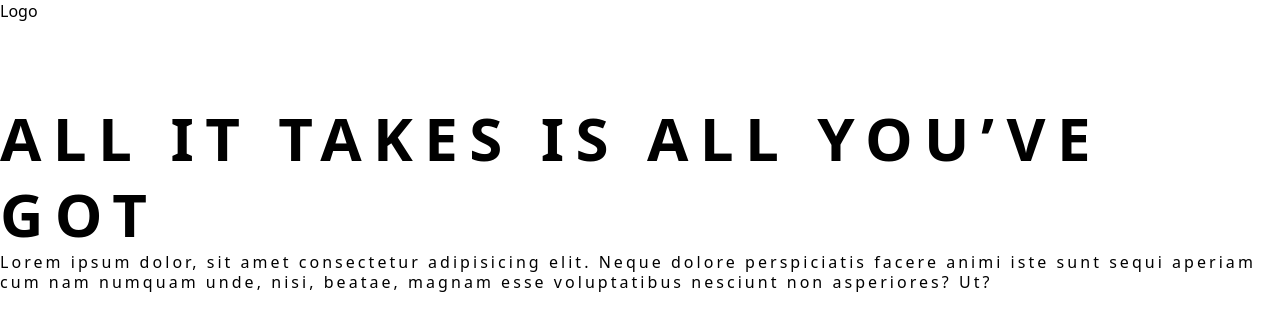
Repository: Thtsuman/dfc-site-v1
Page: /
The author's editor kept a copy of each file at every save. The page is drawn from the files as they stood at one save, then again after a run of saves.
The browser window is 1280 px wide. The pictures show the whole page.
The project was rebuilt for these pictures with package versions that can differ from the ones it lists, and the page was loaded fresh each time.

Above is the page before, as saved 2022-07-29 22:48:02.

### src/index.js
import React from 'react'
import ReactDOM from 'react-dom'
import App from './app'

ReactDOM.render(<App/>, document.getElementById('root'))

### src/app.js
import Logo from 'ui_kits/atoms/Logo/Logo'
import React from 'react'
import 'styles/global.styles.scss'
import Typography from 'ui_kits/atoms/Typography/Typography'

const app = () => {
    return (
        <div>
            <Logo />
            <Typography type='big_heading'>ALL IT TAKES IS ALL YOU’VE GOT</Typography>
            <Typography type='body1'>
                Lorem ipsum dolor, sit amet consectetur adipisicing elit. Neque dolore perspiciatis facere animi iste sunt sequi aperiam cum nam numquam unde, nisi, beatae, magnam esse voluptatibus nesciunt non asperiores? Ut?
            </Typography>
        </div>
    )
}

export default app

### src/ui_kits/atoms/Logo/Logo.jsx
import React from 'react'
import './Logo.styles.scss'

const Logo = () => {
  return (
    <div className='logo_wrapper'>Logo</div>
  )
}

export default Logo

### src/styles/global.styles.scss
@import url("https://fonts.googleapis.com/css2?family=Noto+Sans&display=swap");

html,
body {
  padding: 0;
  margin: 0;
  font-family: 'Noto Sans', -apple-system, BlinkMacSystemFont, Segoe UI, Roboto, Oxygen, Ubuntu, Cantarell, Fira Sans,
    Droid Sans, Helvetica Neue, sans-serif;
  overflow: overlay !important;

}

a {
  color: inherit;
  text-decoration: none;
}

* {
  box-sizing: border-box;
  --primary-color: #E6E96B;
}

### src/ui_kits/atoms/Typography/Typography.jsx
import React from 'react'
import './Typography.styles.scss'

const Typography = ({
    type = 'body1',
    color = 'primary',
    children
}) => {
  return (
    <div className={`typography typography__${type}`}>
        <span className={`typography__${color}`}>
            {children}
        </span>
    </div>
  )
}

export default Typography

### src/ui_kits/atoms/Logo/Logo.styles.scss
.logo_wrapper {
    height: 100px;
    width: 100px;
}

### src/ui_kits/atoms/Typography/Typography.styles.scss
.typography {

    // color
    & .black {
        color: black;
    }
    & .white {
        color: white;
    }
    & .primary {
        color: var(--primary-color);
    }


    // font styles
    &__big_heading {
        font-style: normal;
        font-weight: 900;
        font-size: 60px;
        line-height: 76px;
        letter-spacing: 0.19em;
    }

    &__sub_heading {
        font-style: normal;
        font-weight: 900;
        font-size: 34px;
        line-height: 43px;
        text-align: center;
    }

    &__body1 {
        font-style: normal;
        font-weight: 500;
        font-size: 16px;
        line-height: 20px;
        letter-spacing: 0.19em;
    }

    &__btn_text {
        font-style: normal;
        font-weight: 900;
        font-size: 14px;
        line-height: 18px;
        letter-spacing: 0.19em;
        text-transform: uppercase;
    }

    &__nav_item {
        font-style: normal;
        font-weight: 900;
        font-size: 20px;
        line-height: 27px;
        text-transform: uppercase;
    }
}

Loaded but not shown: public/index.html (common file)

After the next 2 saves:
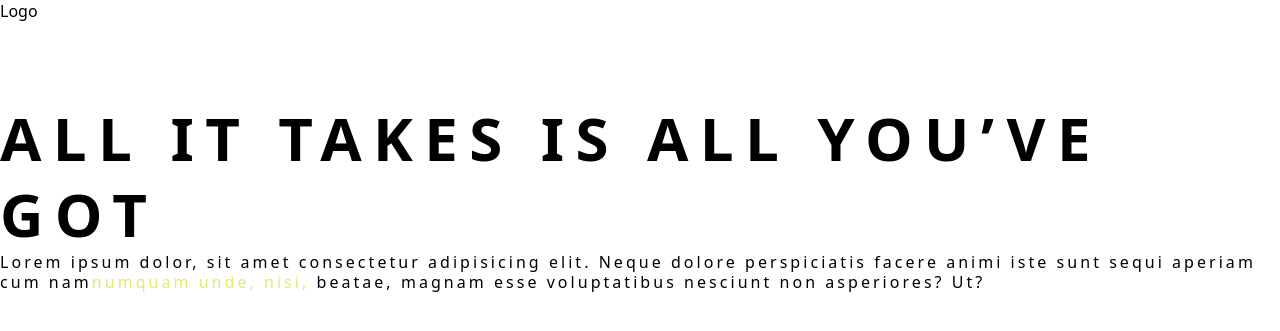
The 2 saves are shown as one change because they came seconds apart.
The last was saved 14 s later.
--- a/src/app.js
+++ b/src/app.js
@@ -9,7 +9,9 @@ const app = () => {
             <Logo />
             <Typography type='big_heading'>ALL IT TAKES IS ALL YOU’VE GOT</Typography>
             <Typography type='body1'>
-                Lorem ipsum dolor, sit amet consectetur adipisicing elit. Neque dolore perspiciatis facere animi iste sunt sequi aperiam cum nam numquam unde, nisi, beatae, magnam esse voluptatibus nesciunt non asperiores? Ut?
+                Lorem ipsum dolor, sit amet consectetur adipisicing elit. Neque dolore perspiciatis facere animi iste sunt sequi aperiam cum nam
+
+                <span className='primary'>numquam unde, nisi,</span> beatae, magnam esse voluptatibus nesciunt non asperiores? Ut?
             </Typography>
         </div>
     )
